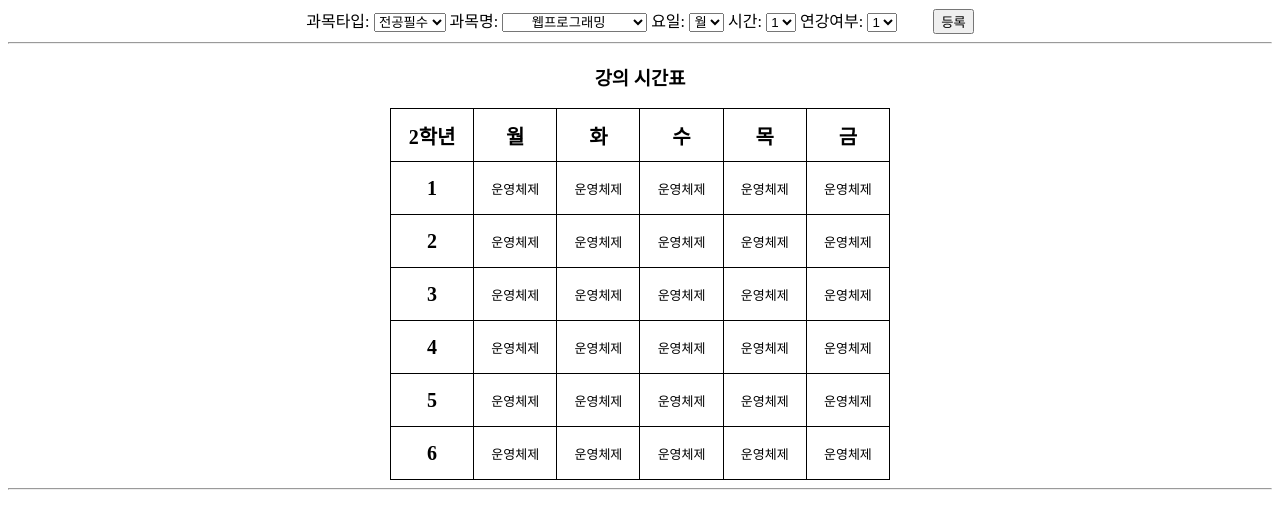
Repository: leecrossun/web-practice-javascript-2019
Page: http://localhost/First_half/Practice47/Practice47.jsp
These files come from the project's save history. The page is drawn as it stood at one moment and after the next save; the edit follows.
The browser window is 1280 px wide. The pictures show the whole page.
The page is served by Tomcat 9. Other server files are loaded and not shown.

Above is the page before, as saved 2019-12-11 06:16:35.

### JSP/First_half/WebContent/Practice47/Practice47.jsp
<!--문헌정보학과 20170581 이효선
         웹브라우저 : 크롬 -->
<%@ page language="java" contentType="text/html; charset=UTF-8"
    pageEncoding="UTF-8" import="jspbook.pr47.*" %>
<% request.setCharacterEncoding("UTF-8"); %>
<%@ page import="java.util.*" %>
<jsp:useBean id="bean" class="jspbook.pr47.LectureBean"/>
<jsp:useBean id="manager" class="jspbook.pr47.LectureManager" scope="session"/>
<jsp:setProperty property="*" name="bean"/>

<!DOCTYPE html>
<html>
<head>
<meta charset="UTF-8">
<title>시간표 작성</title>
<style>
	* {
		text-align: center;
	}
table{
	border-collapse:collapse;
	width:60%;
	height:100px;
	text-align:center;
}
table, td, th{
	border:solid 1px;
	width:500px;
	height:50px;
	font-size:13px;
}
#major {
	background-color: #ffe082;
}
#major_select {
	background-color: #b2ccff;
}
#refinement {
	background-color: #bdbdbd;
}
</style>
</head>
<body>
<form action="Practice47.jsp" method="post">
<%
String[] typeNames = {"전공필수", "전공선택", "교양", "자유선택"};
String[] titleNames = {"웹프로그래밍","운영체제","소프트웨어프로그래밍","데이터베이스개론","자료구조","네트워크","창의와감성","사회봉사"};
String[] days = {"월","화","수","목","금","토"};

int i;
out.println("과목타입: <select name=\"type\">");
for (i=0;i<typeNames.length;i++)
	out.println("<option value="+i+">"+typeNames[i]+"</option>");
out.println("</select>");

out.println("과목명: <select name=\"title\">");
for (i=0;i<titleNames.length;i++)
	out.println("<option value="+i+">"+titleNames[i]+"</option>");
out.println("</select>");

out.println("요일: <select name=\"day\">");
for (i=0;i<days.length;i++)
	out.println("<option value="+i+">"+days[i]+"</option>");
out.println("</select>");

out.println("시간: <select name=\"time\">");
for (i=1;i<7;i++)
	out.println("<option value="+i+">"+i+"</option>");
out.println("</select>");

out.println("연강여부: <select name=\"consecutive\">");
for (i=1;i<7;i++)
	out.println("<option value="+i+">"+i+"</option>");
out.println("</select>");
%>
&nbsp;&nbsp;&nbsp;&nbsp;&nbsp;&nbsp;&nbsp;
<input type="submit" value="등록">
<hr>
</form>
<%
// 파라미터 값 받기

String type = request.getParameter("type");
String title = request.getParameter("title");
String day = request.getParameter("day");
String time = request.getParameter("time");
String consecutives = request.getParameter("consecutive");

if (type != null && title != null && day != null && time != null && consecutives != null)
{
	manager.add(bean);
	manager.buildMatrix();
}

System.out.println("typeMatrix");
LectureManager.printMatrix(manager.getTypeMatrix());
System.out.println("titleMatrix");
LectureManager.printMatrix(manager.getTitleMatrix());
System.out.println("spanMatrix");
LectureManager.printMatrix(manager.getSpanMatrix());
%>
<%
int[][] lectureType = manager.getTypeMatrix();
int[][] consecutive = manager.getTitleMatrix();
int[][] lectureTitle = manager.getSpanMatrix();
%>
<div align=center><h3>강의 시간표</h3>
<table align="center">
<%
out.println("<tr><th style='font-size:20px; font-weight:bold'>2학년</th>");
for(i=0; i<days.length-1; i++)
	out.println("<th style='font-size:20px; font-weight:bold'>"+days[i]+"</th>");
out.println("</tr>");

for(i=0; i<6; i++)
{
	out.println("<tr><td style='font-size:20px; font-weight:bold'>");
	out.print(i+1 + "</td>");
	for(int j=0; j<5; j++)
	{
		switch(lectureType[i][j])
		{
		case 1:
			out.print("<td id=major");
			break;
		case 2:
			out.print("<td id=major_select");
			break;
		case 3:
			out.print("<td id=refinement");
			break;
		default:
			out.print("<td");
		}
		if(consecutive[i][j]==1)
		{
			out.println(">");
		}
		else if(consecutive[i][j] != 0)
		{
			out.println(" rowspan='" + consecutive[i][j] + "'>");
		}
		if(lectureTitle[i][j]==-1)
		{
			out.println("&nbsp;");
		}
		else
		{
			out.println(titleNames[lectureTitle[i][j]]);
		}
		out.println("</td>");
	}
	out.println("</tr>");
}
%>
</table>
</div>
<hr>
<div align="center" >
<%
for (LectureBean value : manager.getLectureList())
{
%>
	<%= value.toString() %>
<%
	out.println("<br>");
}
%>
</div>
</body>
</html>

### JSP/First_half/src/jspbook/pr47/LectureBean.java
package jspbook.pr47;

public class LectureBean {
	static final String[] typeNames = {"전공필수", "전공선택", "교양", "자유선택"};
	static final String[] titleNames = {"웹프로그래밍","운영체제","소프트웨어프로그래밍","데이터베이스개론","자료구조","네트워크","창의와감성","사회봉사"};
	static final String[] days = {"월","화","수","목","금","토"};

	private int type, title, day, time, consecutive;

	public LectureBean() {
		this.type = -1;
		this.title = -1;
		this.day = -1;
		this.time = -1;
		this.consecutive = -1;
	}

	//toString
	public String toString()
	{
		return typeNames[type] + "/" + titleNames[title] + "/" + days[day] + "/" + time + "/" + consecutive;
	}

	// getter setter
	public int getType() {
		return type;
	}

	public void setType(int type) {
		this.type = type;
	}

	public int getTitle() {
		return title;
	}

	public void setTitle(int title) {
		this.title = title;
	}

	public int getDay() {
		return day;
	}

	public void setDay(int day) {
		this.day = day;
	}

	public int getTime() {
		return time;
	}

	public void setTime(int time) {
		this.time = time;
	}

	public int getConsecutive() {
		return consecutive;
	}

	public void setConsecutive(int consecutive) {
		this.consecutive = consecutive;
	}

	public static String[] getTypenames() {
		return typeNames;
	}

	public static String[] getTitlenames() {
		return titleNames;
	}

	public static String[] getDays() {
		return days;
	}

}

### JSP/First_half/src/jspbook/pr47/LectureManager.java
package jspbook.pr47;
import java.util.*;
public class LectureManager {
	private static final int times = 6;
	private static final int days = 5;
	private int[][] typeMatrix = new int[times][days];
	private int[][] titleMatrix = {
			{-1,-1,-1,-1,-1},
			{-1,-1,-1,-1,-1},
			{-1,-1,-1,-1,-1},
			{-1,-1,-1,-1,-1},
			{-1,-1,-1,-1,-1},
			{-1,-1,-1,-1,-1}

	};
	private int[][] spanMatrix = {
			{1,1,1,1,1},
			{1,1,1,1,1},
			{1,1,1,1,1},
			{1,1,1,1,1},
			{1,1,1,1,1},
			{1,1,1,1,1}
	};

	public int[][] getTypeMatrix() {
		return typeMatrix;
	}

	public void setTypeMatrix(int[][] typeMatrix) {
		this.typeMatrix = typeMatrix;
	}

	public int[][] getTitleMatrix() {
		return titleMatrix;
	}

	public void setTitleMatrix(int[][] titleMatrix) {
		this.titleMatrix = titleMatrix;
	}

	public int[][] getSpanMatrix() {
		return spanMatrix;
	}

	public void setSpanMatrix(int[][] spanMatrix) {
		this.spanMatrix = spanMatrix;
	}
	ArrayList<LectureBean> lecturelist = new ArrayList<LectureBean>();

	public List<LectureBean> getLectureList()
	{
		return lecturelist;
	}

	public void add(LectureBean lbean)
	{
		lecturelist.add(lbean);
	}

	public void buildMatrix()
	{
		for (int i = 0; i < lecturelist.size(); i++)
		{
				typeMatrix[getLectureList().get(i).getTime()-1][getLectureList().get(i).getDay()] = getLectureList().get(i).getType()+1;
				titleMatrix[getLectureList().get(i).getTime()-1][getLectureList().get(i).getDay()] = getLectureList().get(i).getTitle();
				spanMatrix[getLectureList().get(i).getTime()-1][getLectureList().get(i).getDay()] = getLectureList().get(i).getConsecutive();
				if (getLectureList().get(i).getConsecutive()!=1)
				{
					int j = 1;
					while (j < getLectureList().get(i).getConsecutive())
					{
						spanMatrix[getLectureList().get(i).getTime()-1+j][getLectureList().get(i).getDay()] = 0;
						j++;
					}
				}
		}
	}
	public static void printMatrix(int[][] matrix)
	{
		for (int i = 0; i < times; i++)
		{
			for (int j = 0; j < days; j++)
			{
				System.out.print(matrix[i][j] + " ");
			}
			System.out.println("");
		}
	}
}

After the next save:
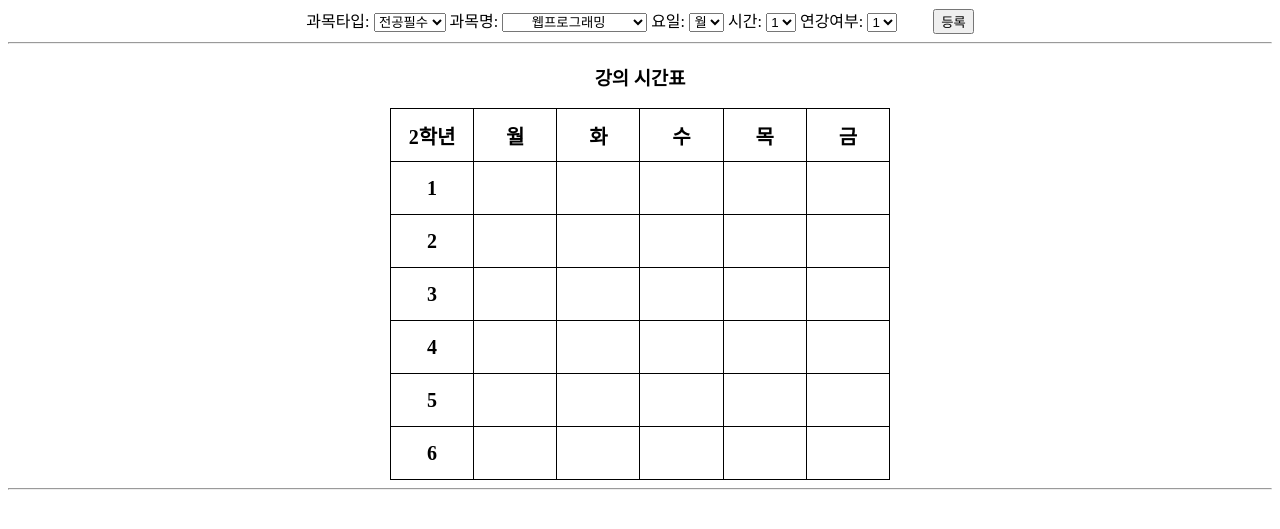
Saved 76 s later.
--- a/JSP/First_half/WebContent/Practice47/Practice47.jsp
+++ b/JSP/First_half/WebContent/Practice47/Practice47.jsp
@@ -101,8 +101,8 @@ LectureManager.printMatrix(manager.getSpanMatrix());
 %>
 <%
 int[][] lectureType = manager.getTypeMatrix();
-int[][] consecutive = manager.getTitleMatrix();
-int[][] lectureTitle = manager.getSpanMatrix();
+int[][] consecutive = manager.getSpanMatrix();manager.getTitleMatrix();
+int[][] lectureTitle = manager.getTitleMatrix();
 %>
 <div align=center><h3>강의 시간표</h3>
 <table align="center">
